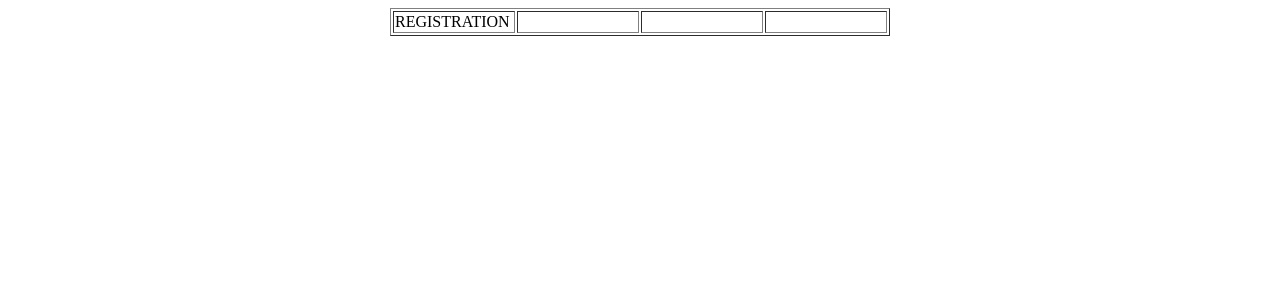
Repository: nsbgit/JavaTutorial
Page: http://localhost/Proj/
The author's editor kept a copy of each file at every save. The page is drawn from the files as they stood at one save, then again after the next save.
The browser window is 1280 px wide. The pictures show the whole page.
The page is served by Tomcat 9.

Above is the page before, as saved 2013-09-29 07:25:40.

### Webel/IDE/2013-09-29/TheSukanta/Proj/WebContent/first.jsp
<%@ page language="java" contentType="text/html; charset=ISO-8859-1"
    pageEncoding="ISO-8859-1"%>
<!DOCTYPE html PUBLIC "-//W3C//DTD HTML 4.01 Transitional//EN" "http://www.w3.org/TR/html4/loose.dtd">
<html>
<head>
<meta http-equiv="Content-Type" content="text/html; charset=ISO-8859-1">
<title>Insert title here</title>
</head>
<body>
	<table border="1" width="500px" align="center">
		<tr>
			<td width="25%"> REGISTRATION  </td>
			<td width="25%">  </td>
			<td width="25%">  </td>
			<td width="25%">  </td>
		</tr>
	</table>
</body>
</html>

After the next save:
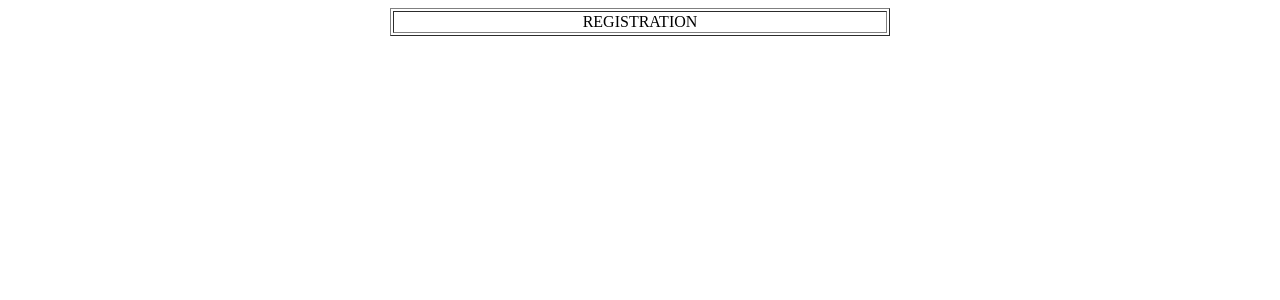
Saved 91 s later.
--- a/Webel/IDE/2013-09-29/TheSukanta/Proj/WebContent/first.jsp
+++ b/Webel/IDE/2013-09-29/TheSukanta/Proj/WebContent/first.jsp
@@ -9,10 +9,8 @@
 <body>
 	<table border="1" width="500px" align="center">
 		<tr>
-			<td width="25%"> REGISTRATION  </td>
-			<td width="25%">  </td>
-			<td width="25%">  </td>
-			<td width="25%">  </td>
+			<td width="25%" align="center"> REGISTRATION  </td>
+
 		</tr>
 	</table>
 </body>
